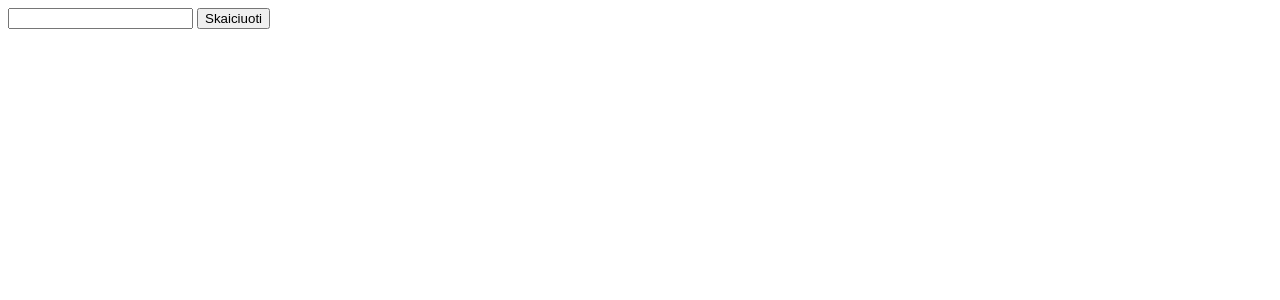
Repository: motiejus1/04-paskaita-PHP-05.31
Page: http://localhost/skaiciuotuvas.php
The author's editor kept a copy of each file at every save. The page is drawn from the files as they stood at one save, then again after the next save.
The browser window is 1280 px wide. The pictures show the whole page.
The page is run by PHP 8.4 with error messages shown; the project is at /var/www/html/.

Above is the page before, as saved 2021-07-28 20:41:08.

### skaiciuotuvas.php
<!DOCTYPE html>
<html lang="en">
<head>
    <meta charset="UTF-8">
    <meta http-equiv="X-UA-Compatible" content="IE=edge">
    <meta name="viewport" content="width=device-width, initial-scale=1.0">
    <title>Skaiciuotuvas</title>
</head>
<body>

    <form action="skaiciuotuvas.php" method="get">
        <input type="text" name ="aritmetika" />
        <button type="submit" name="patvirtinti">Skaiciuoti</button>
    </form>

    <?php

    //setcookie;

    //
    //masyvas, skaicius, tekstas, objektas, kitas sausainiukas

    // setcookie("laikinojiatmintis", 8, time() + 3600 , "/");

    // echo time();
    //$lainojiatmintis = 8


    //Funkcijos, Cookies

    function skaiciavimoFunkcija($simbolis, $aritmetika ) {
        $duomenuMasyvas = explode($simbolis, $aritmetika);

        // var_dump($duomenuMasyvas);
        $duomenuMasyvas[2] = $simbolis;

        //Kintamuju sukeitimas pasitelkian pagalbini kintamaji
        $pagalbinis = $duomenuMasyvas[2];// +
        $duomenuMasyvas[2] = $duomenuMasyvas[1];
        $duomenuMasyvas[1] = $pagalbinis;
        if($simbolis == "+") {
            return $duomenuMasyvas[0] + $duomenuMasyvas[2];
        } else if($simbolis == "-") {
            return $duomenuMasyvas[0] - $duomenuMasyvas[2];
        } else if($simbolis == "/") {
            return $duomenuMasyvas[0] / $duomenuMasyvas[2];
        } else if($simbolis == "*") {
            return $duomenuMasyvas[0] * $duomenuMasyvas[2];
        } else if($simbolis == "%") {
            return $duomenuMasyvas[0] % $duomenuMasyvas[2];
        }
        return "Veiksmo neimanoma atlikt";
    }

    if(isset($_GET["patvirtinti"])) {
        if(isset($_GET["aritmetika"]) && !empty($_GET["aritmetika"])) {
            $aritmetika = $_GET["aritmetika"];

            // " " - tai yra simbolis
            //Galbut funkcija, kuri leistu ieskoti tam tikru simboliu ir juos panaikinti?
            //str_replace - ji randa mums norima simboli, ir ta surasta simboli pakeisti

            $aritmetika = str_replace(" ","",$aritmetika);

            $rezultatas = 0;
            $duomenuMasyvas = 0;
            // +
            // teksta => masyva
            // 4+5 [4, '+', 5]
            // 150 - 3 [1,5,0,"",3]
            // $duomenuMasyvas = str_split($aritmetika, 1) //teksta i masyva i vienodas dalis
            // explode - teksta pavercia i masyva
            // suskaido i masyva pagal delimiter(simboli)

            //Paieska tekstineje eilute: ar yra simbolis + - / *
            //strpos - string position
            // ji iesko ar tekstineje eilute yra kazkoks musu nurodytas simbolis

            $simbolioPozicija = strpos($aritmetika,"+");
            // jeigu jinai neranda simbolio, grazinama false
            // jeigu simbolis yra surastas - grazina simbolio pozicija

            // 4+5 veikia 1
            // 10+5 nebeveikia pozicija? 2
            //patikrinti ne kurioje pozicija yra simbolis? o tiesiog ar musu
            //kintamasis yra !false

            //ar simbolis ir kad simbolis viena karta
            //substr_count - substring count, grazina tik skaiciu
            //skaiciuoja kiek kartu pasikartoja tekstas/simbolis tekstineje eiluteje

            // $simboliuSk = substr_count($tekstas, "+");

            // echo "Pliusu skaicius: ".$pliusuSk;

            if(strpos($aritmetika,"+") != false && substr_count($aritmetika, "+") == 1) {
                $rezultatas = skaiciavimoFunkcija("+", $aritmetika);
            } else if(strpos($aritmetika,"-") != false && substr_count($aritmetika, "-") == 1) {
                $rezultatas = skaiciavimoFunkcija("-", $aritmetika);
            } else if(strpos($aritmetika,"/") != false && substr_count($aritmetika, "/") == 1) {
                $rezultatas = skaiciavimoFunkcija("/", $aritmetika);
            } else if(strpos($aritmetika,"*") != false && substr_count($aritmetika, "*") == 1) {
                $rezultatas = skaiciavimoFunkcija("*", $aritmetika);
            } else if(strpos($aritmetika,"%") != false && substr_count($aritmetika, "%") == 1) {
                $rezultatas = skaiciavimoFunkcija("%", $aritmetika);
            } else {
                $rezultatas = "Veiksmo zenklas neteisingas";
            }

            //PHP echo komanda jeigu true/false kintamaji - 1 arba tuscia eilute
            //var_dump - mes galime isvedineti masyvus
            //var_dump - bet koki kintamaji, kad patikrintume kokio jisai yra tipo

            setcookie("laikinojiatmintis", 8, time() + 3600 , "/");


            echo "<div>";
            echo $aritmetika;
            echo "</div>";

            echo "<div>";
            echo $rezultatas;
            echo "</div>";

        } else {
            echo "Laukelis tuscias";
        }
    }

    // $_GET["patvirtinti"] = // true arba false reiksmes
    // jei mygtukas buvo paspaustas - true
    //jei ne - false



    // 1. Užduotis "Skaičiuotuvas"

    // Sukurti skaičiuotuvą.
    // Skaičiuotuve įvedami du skaičiai ir veiksmas ivedamas i ta pati laukeli.
    // Rezultatas išvedamas į div.

    //2. Papildyti Užduotis "Skaičiuotuvas" taip,
    // kad rezultatas būtų atvaizduojamas tame pačiame lange

    //3. Turi buti matoma skaiciavimo istorija
    //Vieta, kurioje saugoma informacija
    //Duomenu baze
    //Cookies - sausainiukai - Duomenu failas

    //laikinasis duomenu failas, kuris yra saugomas narsykles aplanke ir jis saugo informacija,
    //tam tikra laiko tarpa


    ?>
</body>
</html>

After the next save:
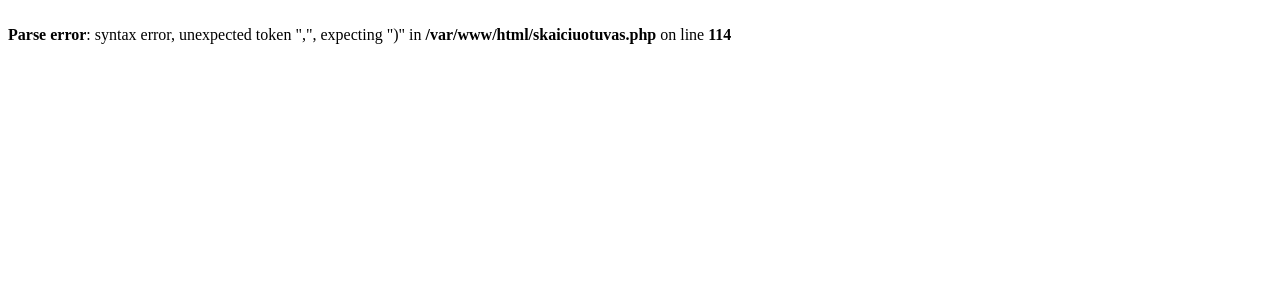
Saved 7 s later.
--- a/skaiciuotuvas.php
+++ b/skaiciuotuvas.php
@@ -111,7 +111,7 @@
             //var_dump - mes galime isvedineti masyvus
             //var_dump - bet koki kintamaji, kad patikrintume kokio jisai yra tipo
 
-            setcookie("laikinojiatmintis", 8, time() + 3600 , "/");
+            setcookie("laikinojiatmintis", , time() + 3600 , "/");
 
 
             echo "<div>";

After the save that followed:
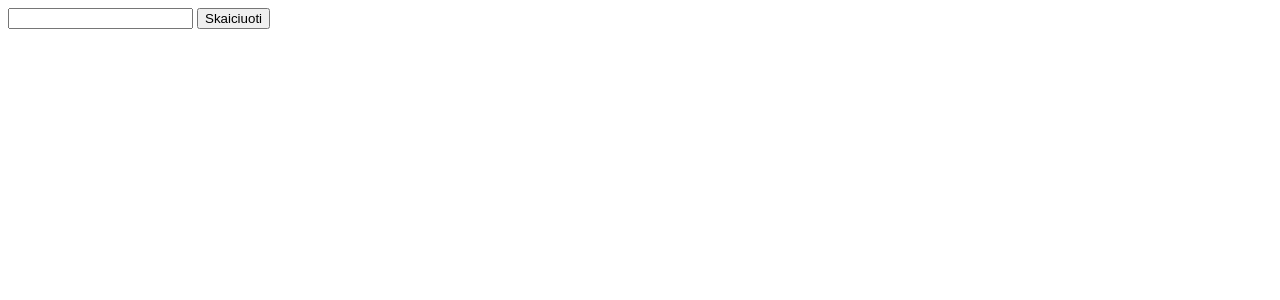
Saved 7 s later.
--- a/skaiciuotuvas.php
+++ b/skaiciuotuvas.php
@@ -111,7 +111,7 @@
             //var_dump - mes galime isvedineti masyvus
             //var_dump - bet koki kintamaji, kad patikrintume kokio jisai yra tipo
 
-            setcookie("laikinojiatmintis", , time() + 3600 , "/");
+            setcookie("laikinojiatmintis", $aritmetika, time() + 3600 , "/");
 
 
             echo "<div>";
